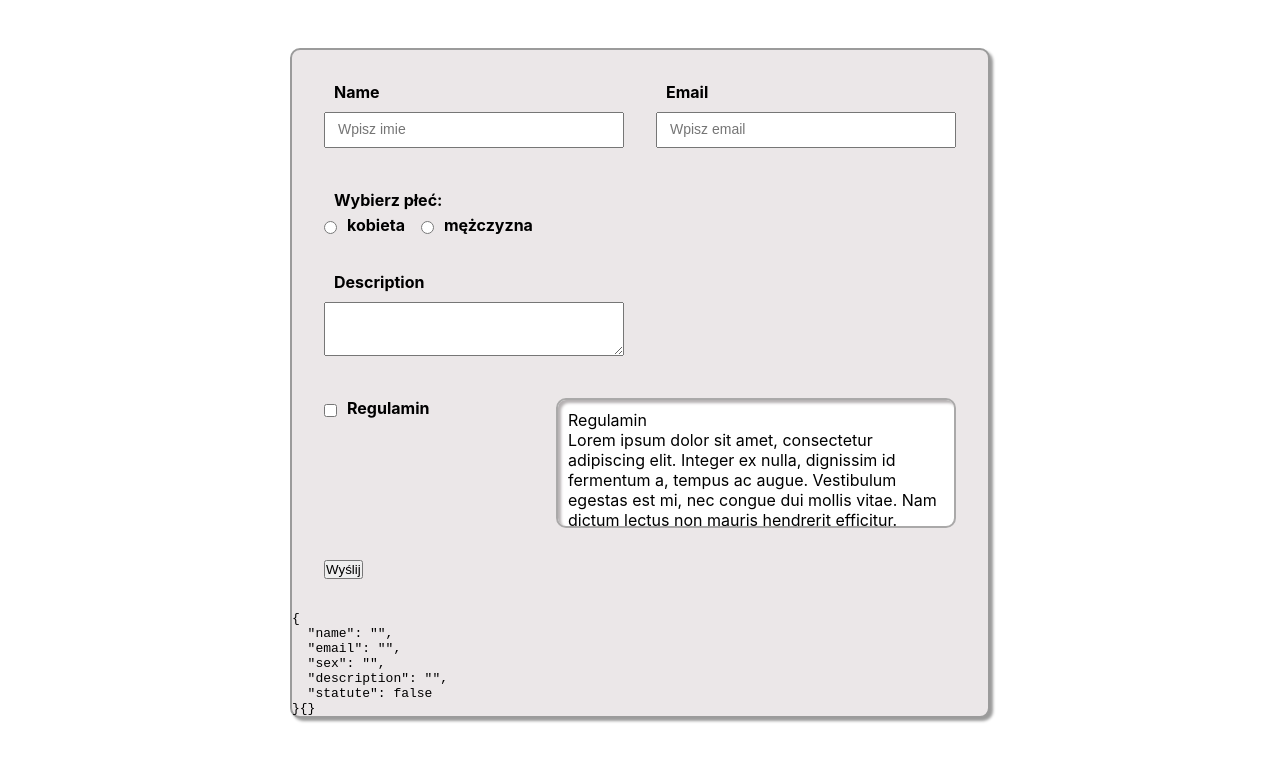
Repository: KrzysKolo/sr_tydzien4_zad3
Page: /
An editor plug-in stored every save of this project. The page is shown before and after the next save, followed by the edit.
The browser window is 1280 px wide. The pictures show the whole page.
The project was rebuilt for these pictures with package versions that can differ from the ones it lists, and the page was loaded fresh each time. Also part of the build but not shown: src/components/FormComponents/TextError.js.

Above is the page before, as saved 2020-11-19 14:05:34.

### src/App.js
import React from 'react';
import './App.css';
import FormikContainer from './components/Formik/FormikContainer';
const App = () => {
  return (
    <main className="App">
      <FormikContainer />
    </main>
   );
}

export default App;

### src/App.css
* {
  margin: 0;
  padding: 0;
  box-sizing: border-box;
}
.form-wrapper {
  margin: 3rem auto;
  width: 700px;
  background-color: rgb(235, 231, 232);
  border: 2px solid rgb(155, 155, 155);
  border-radius: 10px;
  box-shadow: 3px 3px 3px rgb(155, 155, 155);
}
.section {
  display: flex;
  flex-direction: row;
  margin: 2rem 2rem;
  justify-content: space-between;
}
label {
  font-weight: bold;
  display: flex;
  margin-bottom: 5px;
  margin-left: 10px;
}
input[type="text"],
input[type="email"],
textarea {
  display: block;
  width: 300px;
  padding: 6px 12px;
  font-size: 14px;
  line-height: 1.4285;
  color: #555;
  margin: 10px 0;
}

.error {
  color: red;
}
.row {
  display: flex;
  flex-direction: row;
  align-items: center;
  margin-right: 1rem;
}
.statute {
  border: 2px solid rgb(170, 169, 169);
  border-radius: 10px;
  box-shadow: inset 3px 3px 3px rgb(181, 177, 178);
  background: #ffffff;
  height: 130px;
  width: 400px;
  padding: 10px;
  overflow: auto;
}

### src/components/Formik/FormikContainer.js
import React from 'react';
import { Formik, Form } from 'formik';
import * as yup from 'yup';
import FormikControl from './FormikControl';
import RadioOptions from './../../data/RadioOptions';

const FormikContainer = () => {
    const initialValues = {
        name: '',
        email: '',
        sex: '',
        description: '',
        statute: false,
    }

    const validationSchema = yup.object({
        name: yup.string().required("Imię jest obowiązkowe!").min(2,"Twóje imię musi mieć więcej niż 2 znaki!").max(30,'Twoje imię może mieć maxymalnie 30 znaków!'),
        email: yup.string().required("Email jest wymagany").email("Adres zawiera błędy"),
        sex: yup.string().required('Zaznacz jedną wartość'),
        description: yup.string().required('Wpisz kilka słów').min(2, "Wpisz co najmniej 2 znaki").max(250, "Możesz wpisać max. 250 znaków"),
        statute: yup.boolean().required().oneOf([true], 'Musisz zaznaczyć regulamin!'),
    });

    const onSubmit = values => {console.log('Form data: ', values)};
    return (
        <Formik
            initialValues={initialValues}
            validationSchema={validationSchema}
            onSubmit={onSubmit}
        >
            { ({formik, values, errors}) => (
                <Form className="form-wrapper">
                    <section className="section">
                        <FormikControl control='input' type='text' label='Name' name='name' placeholder="Wpisz imie"/>
                        <FormikControl control='input' type='email' label='Email' name='email' placeholder="Wpisz email"/>
                    </section>
                    <section className="section">
                        <FormikControl control='radio' label='Wybierz płeć: ' name='sex' options={RadioOptions}/>
                    </section>
                    <section className="section">
                        <FormikControl control='textarea' label='Description' name='description'/>
                    </section>
                    <section className="section">
                        <FormikControl control='checkbox' label='Regulamin' name='statute'/>
                        <div className="statute">
                            Regulamin<br/>
                            <p>Lorem ipsum dolor sit amet, consectetur adipiscing elit. Integer ex nulla, dignissim id fermentum a, tempus ac augue. Vestibulum egestas est mi, nec congue dui mollis vitae. Nam dictum lectus non mauris hendrerit efficitur. Donec imperdiet nec nibh et interdum. Fusce ornare consequat sapien. Pellentesque rhoncus tempor vulputate. Aliquam eu diam laoreet, tincidunt nulla ut, dignissim turpis. Aliquam est ante, luctus sed felis et, iaculis sollicitudin tellus. Cras congue tincidunt viverra. Sed vestibulum faucibus lacus, eu dictum lorem porta id. Praesent a placerat ligula. Vestibulum faucibus ornare erat, id elementum est vehicula eu. Nunc pulvinar dolor lacus. Vestibulum dapibus efficitur orci, ac rhoncus augue auctor ut.</p>
                        </div>
                    </section>
                    <section className="section">
                         <button className="btn-send" type="submit">Wyślij</button>
                    </section>
                    <pre>
                        {JSON.stringify(values, null, 2)}
                        {JSON.stringify(errors, null, 2)}

                    </pre>

                </Form>
            )

            }

        </Formik>
    )
}
export default FormikContainer;

### src/components/Formik/FormikControl.js
import Input from './../FormComponents/Input';
import Radio from './../FormComponents/Radio';
import TextArea from './../FormComponents/TextArea';
import Checkbox from './../FormComponents/Checkbox';

const FormikControl = (props) => {
    const { control, ...rest } = props;
    switch(control) {
        case 'input': return <Input {...rest} />
        case 'radio': return <Radio {...rest} />
        case 'textarea': return <TextArea {...rest} />
        case 'checkbox': return <Checkbox {...rest} />
        default: return null
    }
}

export default FormikControl;

### src/data/RadioOptions.js
const RadioOptions=[
    { id: 0, value: "kobieta", label: 'kobieta' },
    { id: 1, value: "mężczyzna", label: 'mężczyzna' },
   ];
export default RadioOptions;

### src/components/FormComponents/Input.js
import React from 'react';
import{ Field, ErrorMessage } from 'formik';
import TextError from './TextError';

const Input = (props) => {
    const { label, name, ...rest } = props;
    return (
        <div className="form-control">
             <label htmlFor={name}>{label}</label>
            <Field id={name} name={name} {...rest} />
            <ErrorMessage name={name} component={TextError} />
        </div>
     );
}

export default Input;

### src/components/FormComponents/Radio.js
import React from 'react';
import{ Field, ErrorMessage } from 'formik';
import TextError from './TextError';

const Radio = (props) => {
    const { label, name, options, ...rest } = props;
    return (
        <div className="form-control">
            <label htmlFor={name}>{label}</label>
            <div className="row">
                <Field name={name} {...rest}>
                    {
                    ({ field }) => {
                        return options.map(option => {
                            return (
                                <div className="row" key={option.id} >
                                    <input type='radio' id={option.id} {...field} value={option.value} checked={field.value === option.value}/>
                                    <label htmlFor={option.id}>{option.label}</label>
                                </div>
                            )
                        })
                    }
                    }
                </Field>
            </div>
            <ErrorMessage name={name} component={TextError} />
        </div>
     );
}

export default Radio;

### src/components/FormComponents/TextArea.js
import React from 'react';
import{ Field, ErrorMessage } from 'formik';
import TextError from './TextError';

const TextArea = (props) => {
    const { label, name, ...rest } = props;
    return (
        <div className="form-control">
            <label htmlFor={name}>{label}</label>
            <Field as ='textarea' id={name} name={name} {...rest} />
            <ErrorMessage name={name} component={TextError} />
        </div>
     );
}

export default TextArea;

### src/components/FormComponents/Checkbox.js
import React from 'react';
import{ Field, ErrorMessage } from 'formik';
import TextError from './TextError';

const Checkbox = (props) => {
    const { label, name, ...rest } = props;
    return (
        <div className="form-control">
            <div className="row">
                <Field type='checkbox' id={name} name="statute" {...rest}/>
                <label htmlFor={name}>{label}</label>
            </div>
            <ErrorMessage name={name} component={TextError} />
        </div>
     );
}

export default Checkbox;

Loaded but not shown: public/index.html (common file); src/index.js (common file); src/index.css (common file)

After the next save:
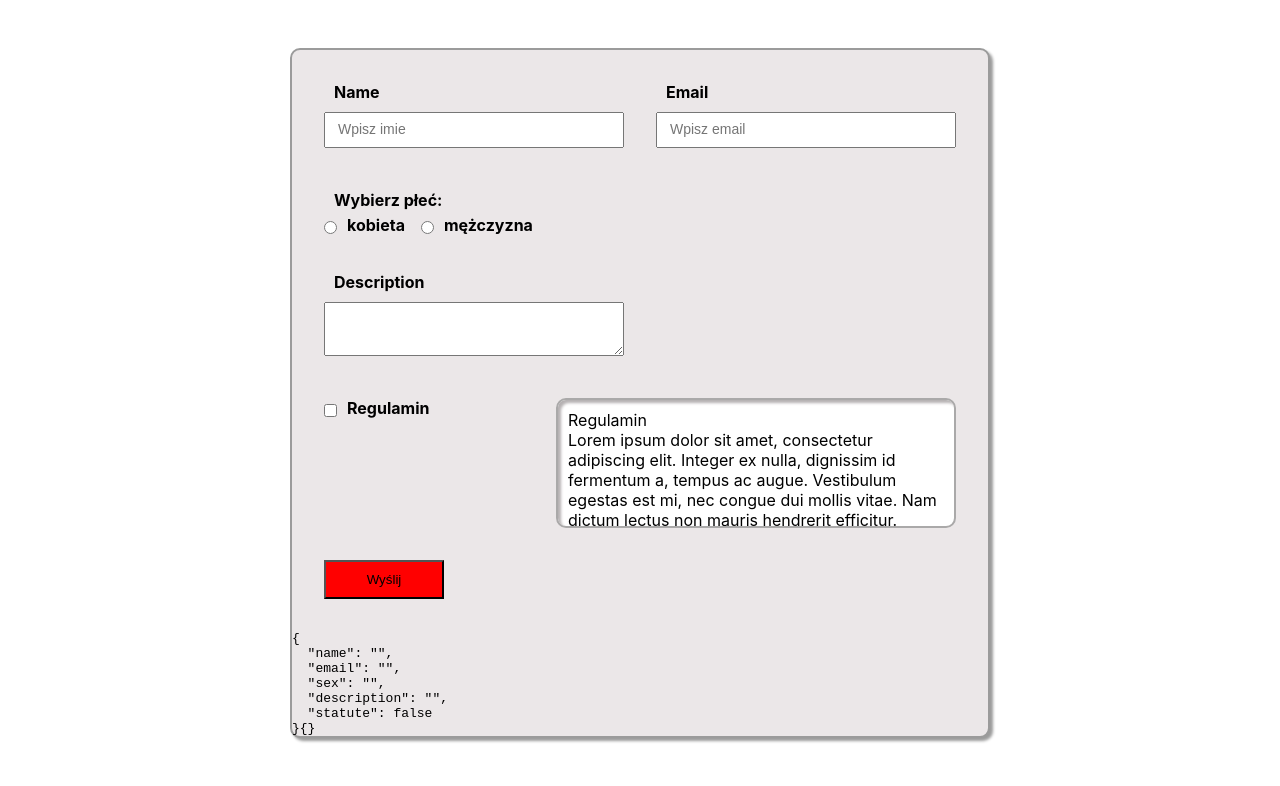
Saved 42 s later.
--- a/src/App.css
+++ b/src/App.css
@@ -54,3 +54,8 @@ textarea {
   padding: 10px;
   overflow: auto;
 }
+.btn-send {
+  width: 120px;
+  padding: 10px;
+  background-color: red;
+}
